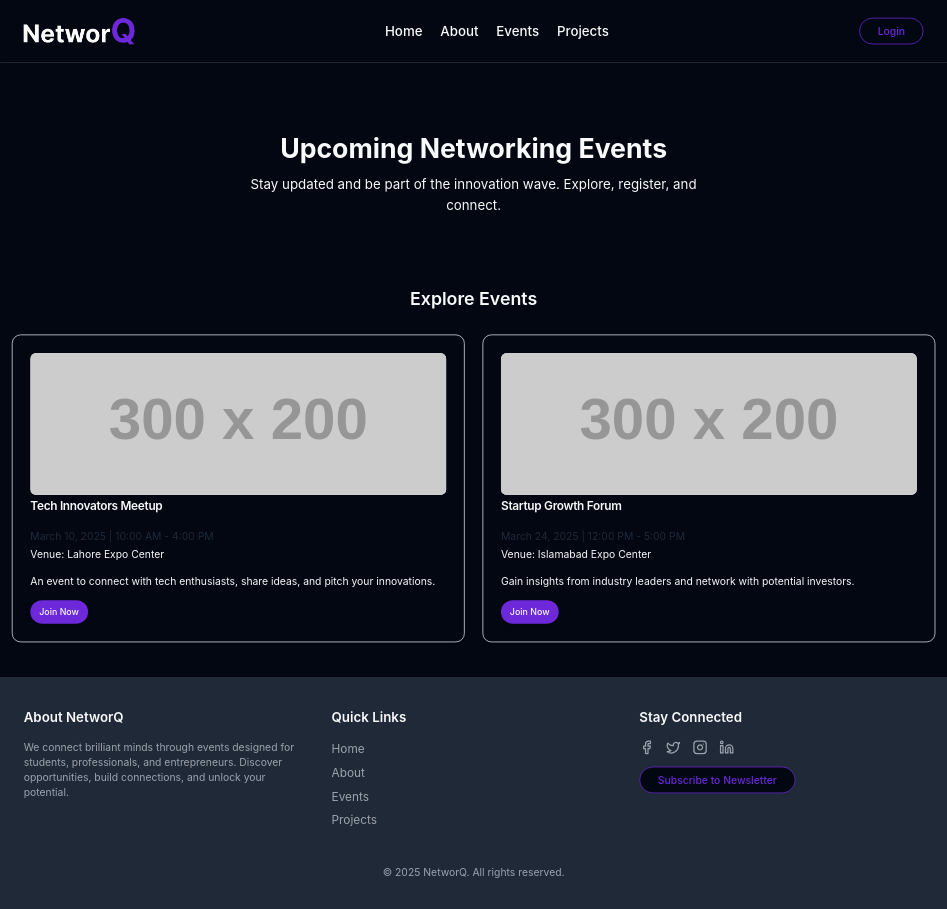
Repository: Wahab3917/Red-Pill-Coders-Hackathon-Submission
Page: /events (app in frontend/)
These files come from the project's save history. The page is drawn as it stood at one moment and after the next save; the edit follows.
The browser window is 1280 px wide. The pictures show the whole page, at 74% of full size.
The project was rebuilt for these pictures with package versions that can differ from the ones it lists, and the page was loaded fresh each time. Also part of the build but not shown: frontend/vite.config.js, frontend/src/layouts/AuthLayout.jsx, frontend/src/pages/Home.jsx, frontend/src/pages/About.jsx, frontend/src/pages/Project.jsx.

Above is the page before, as saved 2025-01-25 13:07:33.

### frontend/index.html
<!doctype html>
<html lang="en" class="dark">
  <head>
    <meta charset="UTF-8" />
    <link rel="icon" type="image/svg+xml" href="./src/assets/favicon.png" />
    <meta name="viewport" content="width=device-width, initial-scale=1.0" />
    <title>NetworQ</title>
  </head>
  <body>
    <div id="root"></div>
    <script type="module" src="/src/main.jsx"></script>
  </body>
</html>

### frontend/src/App.jsx
import { BrowserRouter as Router, Routes, Route } from "react-router-dom";
import AuthLayout from "./layouts/AuthLayout";
import PageLayout from "./layouts/pageLayout";

// PAGES
import Home from "./pages/Home.jsx";
import About from "./pages/About.jsx";
import Event from "./pages/Event.jsx";
import Project from "./pages/Project.jsx";
function App() {
  return (
    <Router>
      <Routes>
        <Route
          path="/"
          element={
            <PageLayout>
              <Home />
            </PageLayout>
          }
        />
        <Route
          path="/about"
          element={
            <PageLayout>
              <About />
            </PageLayout>
          }
        />
        <Route
          path="/events"
          element={
            <PageLayout>
              <Event />
            </PageLayout>
          }
        />
        <Route
          path="/projects"
          element={
            <PageLayout>
              <Project />
            </PageLayout>
          }
        />
      </Routes>
    </Router>
  );
}

export default App;

### frontend/src/layouts/PageLayout.jsx
import React from 'react';
import { Header, Footer } from '../components';

function PageLayout({children}) {
  return (
    <div className='min-h-screen flex flex-wrap content-between bg-gray-100'>
      <div className='w-full block'>
        <Header />
          <main>
            {children}
          </main>
        <Footer />
      </div>
    </div>
  )
}

export default PageLayout

### frontend/src/pages/Event.jsx
import { useState } from "react";
import { Button } from "@/components/ui/button";
import { Card, CardContent, CardHeader, CardTitle } from "@/components/ui/card";

const eventsData = [
  {
    name: "Tech Innovators Meetup",
    date: "March 10, 2025",
    time: "10:00 AM - 4:00 PM",
    venue: "Lahore Expo Center",
    description:
      "An event to connect with tech enthusiasts, share ideas, and pitch your innovations.",
  },
  {
    name: "Startup Growth Forum",
    date: "March 24, 2025",
    time: "12:00 PM - 5:00 PM",
    venue: "Islamabad Expo Center",
    description:
      "Gain insights from industry leaders and network with potential investors.",
  },
];

export default function EventsPage() {
  const [isLoggedIn, setIsLoggedIn] = useState(true); // Toggle login state

  return (
    <>
      <main>
        <div className="relative h-full w-full bg-white">
          <div className="absolute h-full w-full bg-[radial-gradient(#e5e7eb_1px,transparent_1px)] [background-size:16px_16px] [mask-image:radial-gradient(ellipse_50%_50%_at_50%_50%,#000_70%,transparent_100%)]"></div>
        </div>

        <div className="bg-background text-foreground min-h-screen">
          {/* Events Header */}
          <section className="pt-24 pb-12">
            <div className="container mx-auto px-4 text-center">
              <h1 className="text-4xl font-bold mb-4">
                Upcoming Networking Events
              </h1>
              <p className="text-lg max-w-2xl mx-auto">
                Stay updated and be part of the innovation wave. Explore,
                register, and connect.
              </p>
            </div>
          </section>

          {/* Events List */}
          <section className="py-12">
            <div className="container mx-auto px-4">
              <h2 className="text-2xl font-semibold text-center mb-8">
                Explore Events
              </h2>
              <div className="grid grid-cols-1 sm:grid-cols-2 gap-6">
                {eventsData.map((event, index) => (
                  <Card key={index}>
                    <CardHeader>
                      {/* Placeholder Image */}
                      <div className="w-full h-48 bg-gray-200 rounded-lg overflow-hidden">
                        <img
                          src="https://via.placeholder.com/300x200"
                          alt={event.name}
                          className="w-full h-full object-cover"
                        />
                      </div>
                      <CardTitle className="mt-4">{event.name}</CardTitle>
                    </CardHeader>
                    <CardContent>
                      <p className="text-sm text-muted">
                        {event.date} | {event.time}
                      </p>
                      <p className="text-sm mt-1">Venue: {event.venue}</p>
                      <p className="text-sm mt-4">{event.description}</p>
                      {isLoggedIn ? (
                        <Button
                          size="sm"
                          className="bg-primary text-primary-foreground mt-4 rounded-full"
                        >
                          Join Now
                        </Button>
                      ) : (
                        <p className="text-sm text-muted mt-4">
                          Log in to register for this event.
                        </p>
                      )}
                    </CardContent>
                  </Card>
                ))}
              </div>
            </div>
          </section>
        </div>
      </main>
    </>
  );
}

### frontend/src/components/index.js
import Header from "./Header/Header";
import Footer from "./Footer/Footer";

export {
  Header, Footer
}

### frontend/src/components/ui/button.jsx
import * as React from "react"
import { Slot } from "@radix-ui/react-slot"
import { cva } from "class-variance-authority";

import { cn } from "@/lib/utils"

const buttonVariants = cva(
  "inline-flex items-center justify-center gap-2 whitespace-nowrap rounded-md text-sm font-medium transition-colors focus-visible:outline-none focus-visible:ring-1 focus-visible:ring-ring disabled:pointer-events-none disabled:opacity-50 [&_svg]:pointer-events-none [&_svg]:size-4 [&_svg]:shrink-0",
  {
    variants: {
      variant: {
        default:
          "bg-primary text-primary-foreground shadow hover:bg-primary/90",
        destructive:
          "bg-destructive text-destructive-foreground shadow-sm hover:bg-destructive/90",
        outline:
          "border border-input bg-background shadow-sm hover:bg-accent hover:text-accent-foreground",
        secondary:
          "bg-secondary text-secondary-foreground shadow-sm hover:bg-secondary/80",
        ghost: "hover:bg-accent hover:text-accent-foreground",
        link: "text-primary underline-offset-4 hover:underline",
      },
      size: {
        default: "h-9 px-4 py-2",
        sm: "h-8 rounded-md px-3 text-xs",
        lg: "h-10 rounded-md px-8",
        icon: "h-9 w-9",
      },
    },
    defaultVariants: {
      variant: "default",
      size: "default",
    },
  }
)

const Button = React.forwardRef(({ className, variant, size, asChild = false, ...props }, ref) => {
  const Comp = asChild ? Slot : "button"
  return (
    (<Comp
      className={cn(buttonVariants({ variant, size, className }))}
      ref={ref}
      {...props} />)
  );
})
Button.displayName = "Button"

export { Button, buttonVariants }

### frontend/src/components/ui/card.jsx
import * as React from "react"

import { cn } from "@/lib/utils"

const Card = React.forwardRef(({ className, ...props }, ref) => (
  <div
    ref={ref}
    className={cn("rounded-xl border bg-card text-card-foreground shadow", className)}
    {...props} />
))
Card.displayName = "Card"

const CardHeader = React.forwardRef(({ className, ...props }, ref) => (
  <div
    ref={ref}
    className={cn("flex flex-col space-y-1.5 p-6", className)}
    {...props} />
))
CardHeader.displayName = "CardHeader"

const CardTitle = React.forwardRef(({ className, ...props }, ref) => (
  <div
    ref={ref}
    className={cn("font-semibold leading-none tracking-tight", className)}
    {...props} />
))
CardTitle.displayName = "CardTitle"

const CardDescription = React.forwardRef(({ className, ...props }, ref) => (
  <div
    ref={ref}
    className={cn("text-sm text-muted-foreground", className)}
    {...props} />
))
CardDescription.displayName = "CardDescription"

const CardContent = React.forwardRef(({ className, ...props }, ref) => (
  <div ref={ref} className={cn("p-6 pt-0", className)} {...props} />
))
CardContent.displayName = "CardContent"

const CardFooter = React.forwardRef(({ className, ...props }, ref) => (
  <div
    ref={ref}
    className={cn("flex items-center p-6 pt-0", className)}
    {...props} />
))
CardFooter.displayName = "CardFooter"

export { Card, CardHeader, CardFooter, CardTitle, CardDescription, CardContent }

### frontend/src/components/Header/Header.jsx
import React from "react";
import { Link, useNavigate } from "react-router-dom";
import Logo from "../Logo";
import { Button } from "../ui/button";

function Header() {
  const navigate = useNavigate();

  const navItems = [
    { name: "Home", slug: "/", active: true },
    { name: "About", slug: "/about", active: true },
    { name: "Events", slug: "/events", active: true },
    { name: "Projects", slug: "/projects", active: true },
  ];

  return (
    <header className="flex justify-between items-center py-6 px-8 bg-background text-foreground shadow-md">
      {/* Logo Section */}
      <div>
        <Link to="/">
          <Logo width={150} />
        </Link>
      </div>

      {/* Navigation Section */}
      <nav className="flex gap-6">
        {navItems.map(
          (item) =>
            item.active && (
              <Link
                to={item.slug}
                key={item.name}
                className="text-lg font-medium hover:text-primary transition-colors"
              >
                {item.name}
              </Link>
            )
        )}
      </nav>

      {/* Actions Section */}
      <div>
        <Link to="/login">
          <Button
            variant="outline"
            className="py-2 px-6 rounded-full border-primary text-primary hover:bg-primary hover:text-primary-foreground transition-colors"
          >
            Login
          </Button>
        </Link>
      </div>
    </header>
  );
}

export default Header;

### frontend/src/components/Footer/Footer.jsx
import React from "react";
import { Link } from "react-router-dom";
import { Button } from "../ui/button";
import { Facebook, Twitter, Instagram, Linkedin } from "lucide-react";

function Footer() {
  return (
    <footer className="bg-muted text-muted-foreground py-10 px-8">
      <div className="container mx-auto grid md:grid-cols-3 gap-8">
        {/* About Section */}
        <div>
          <h4 className="text-lg font-semibold mb-4">About NetworQ</h4>
          <p className="text-sm">
            We connect brilliant minds through events designed for students, professionals, and entrepreneurs.
            Discover opportunities, build connections, and unlock your potential.
          </p>
        </div>

        {/* Navigation Links */}
        <div>
          <h4 className="text-lg font-semibold mb-4">Quick Links</h4>
          <ul className="space-y-2">
            <li>
              <Link to="/" className="hover:text-primary transition-colors">Home</Link>
            </li>
            <li>
              <Link to="/about" className="hover:text-primary transition-colors">About</Link>
            </li>
            <li>
              <Link to="/events" className="hover:text-primary transition-colors">Events</Link>
            </li>
            <li>
              <Link to="/projects" className="hover:text-primary transition-colors">Projects</Link>
            </li>
          </ul>
        </div>

        {/* Social Media & Newsletter */}
        <div>
          <h4 className="text-lg font-semibold mb-4">Stay Connected</h4>
          <div className="flex space-x-4 mb-4">
            <a
              href="https://facebook.com"
              target="_blank"
              rel="noopener noreferrer"
              className="text-muted-foreground hover:text-primary transition-colors"
            >
              <Facebook size={20} />
            </a>
            <a
              href="https://twitter.com"
              target="_blank"
              rel="noopener noreferrer"
              className="text-muted-foreground hover:text-primary transition-colors"
            >
              <Twitter size={20} />
            </a>
            <a
              href="https://instagram.com"
              target="_blank"
              rel="noopener noreferrer"
              className="text-muted-foreground hover:text-primary transition-colors"
            >
              <Instagram size={20} />
            </a>
            <a
              href="https://linkedin.com"
              target="_blank"
              rel="noopener noreferrer"
              className="text-muted-foreground hover:text-primary transition-colors"
            >
              <Linkedin size={20} />
            </a>
          </div>
          <Link to="/signup">
            <Button
              variant="outline"
              className="py-2 px-6 rounded-full border-primary text-primary hover:bg-primary hover:text-primary-foreground transition-colors"
            >
              Subscribe to Newsletter
            </Button>
          </Link>
        </div>
      </div>

      {/* Bottom Bar */}
      <div className="border-t border-border mt-8 pt-4 text-center">
        <p className="text-sm">
          © {new Date().getFullYear()} NetworQ. All rights reserved.
        </p>
      </div>
    </footer>
  );
}

export default Footer;

### frontend/src/components/Logo.jsx
import React from 'react';
import logo from '../assets/Logo.png';

function Logo({width}) {
  return (
    <img src={logo} alt="Logo" width={width} />
  )
}

export default Logo

### frontend/tailwind.config.js
const plugin = require("tailwindcss/plugin");
const { fontFamily } = require("tailwindcss/defaultTheme");

/** @type {import('tailwindcss').Config} */
module.exports = {
  darkMode: ["class"],
  content: ["./index.html", "./src/**/*.{ts,tsx,js,jsx}"],
  theme: {
    extend: {
      colors: {
        background: "hsl(var(--background))",
        foreground: "hsl(var(--foreground))",
        card: "hsl(var(--card))",
        "card-foreground": "hsl(var(--card-foreground))",
        popover: "hsl(var(--popover))",
        "popover-foreground": "hsl(var(--popover-foreground))",
        primary: "hsl(var(--primary))",
        "primary-foreground": "hsl(var(--primary-foreground))",
        secondary: "hsl(var(--secondary))",
        "secondary-foreground": "hsl(var(--secondary-foreground))",
        muted: "hsl(var(--muted))",
        "muted-foreground": "hsl(var(--muted-foreground))",
        accent: "hsl(var(--accent))",
        "accent-foreground": "hsl(var(--accent-foreground))",
        destructive: "hsl(var(--destructive))",
        "destructive-foreground": "hsl(var(--destructive-foreground))",
        border: "hsl(var(--border))",
        input: "hsl(var(--input))",
        ring: "hsl(var(--ring))",
      },
      borderRadius: {
        DEFAULT: "var(--radius)",
      },
      fontFamily: {
        sans: ["Inter", ...fontFamily.sans],
      },
      typography: {
        DEFAULT: {
          css: {
            h1: {
              fontSize: "3.5rem", // 56px
              fontWeight: "900",
              lineHeight: "4rem", // 64px
              color: "hsl(var(--foreground))",
            },
            h2: {
              fontSize: "2.875rem", // 46px
              fontWeight: "800",
              lineHeight: "3.25rem", // 52px
              color: "hsl(var(--foreground))",
            },
            h3: {
              fontSize: "2.25rem", // 36px
              fontWeight: "700",
              lineHeight: "2.75rem", // 44px
              color: "hsl(var(--foreground))",
            },
            h4: {
              fontSize: "1.875rem", // 30px
              fontWeight: "600",
              lineHeight: "2.25rem", // 36px
              color: "hsl(var(--foreground))",
            },
          },
        },
      },
    },
  },
  plugins: [
    require("tailwindcss-animate"),
    require("@tailwindcss/typography"),
    plugin(function ({ addBase }) {
      addBase({
        h1: {
          "@apply text-[56px] font-extrabold leading-[64px] text-foreground": "",
        },
        h2: {
          "@apply text-[46px] font-bold leading-[52px] text-foreground": "",
        },
        h3: {
          "@apply text-[36px] font-semibold leading-[44px] text-foreground": "",
        },
        h4: {
          "@apply text-[30px] font-medium leading-[36px] text-foreground": "",
        },
      });
    }),
  ],
};

Loaded but not shown: frontend/src/main.jsx (common file); frontend/src/index.css (common file); frontend/src/lib/utils.js (common file)

After the next save:
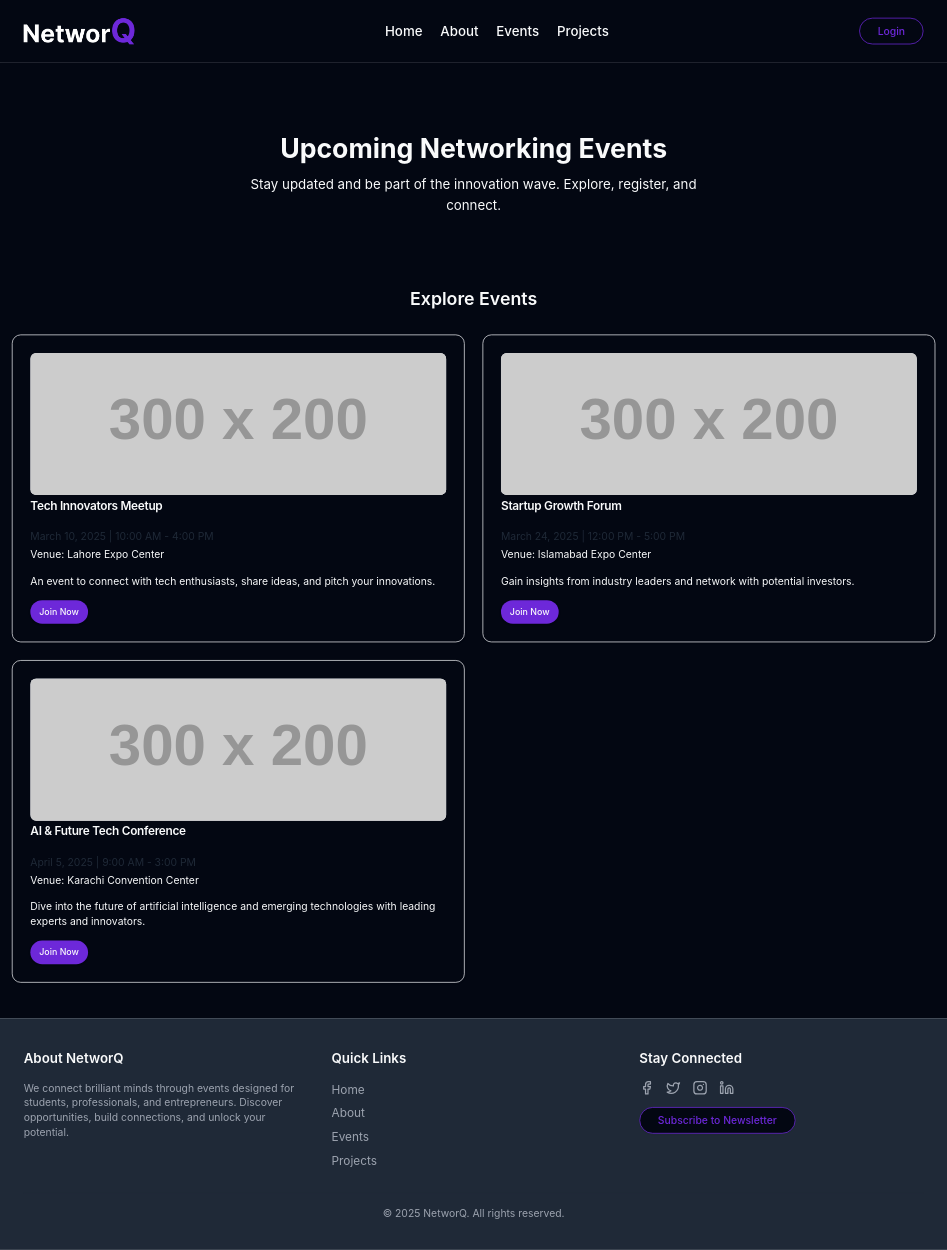
Saved 89 s later.
--- a/frontend/src/pages/Event.jsx
+++ b/frontend/src/pages/Event.jsx
@@ -18,6 +18,14 @@ const eventsData = [
     venue: "Islamabad Expo Center",
     description:
       "Gain insights from industry leaders and network with potential investors.",
+  },
+  {
+    name: "AI & Future Tech Conference",
+    date: "April 5, 2025",
+    time: "9:00 AM - 3:00 PM",
+    venue: "Karachi Convention Center",
+    description:
+      "Dive into the future of artificial intelligence and emerging technologies with leading experts and innovators.",
   },
 ];
 
